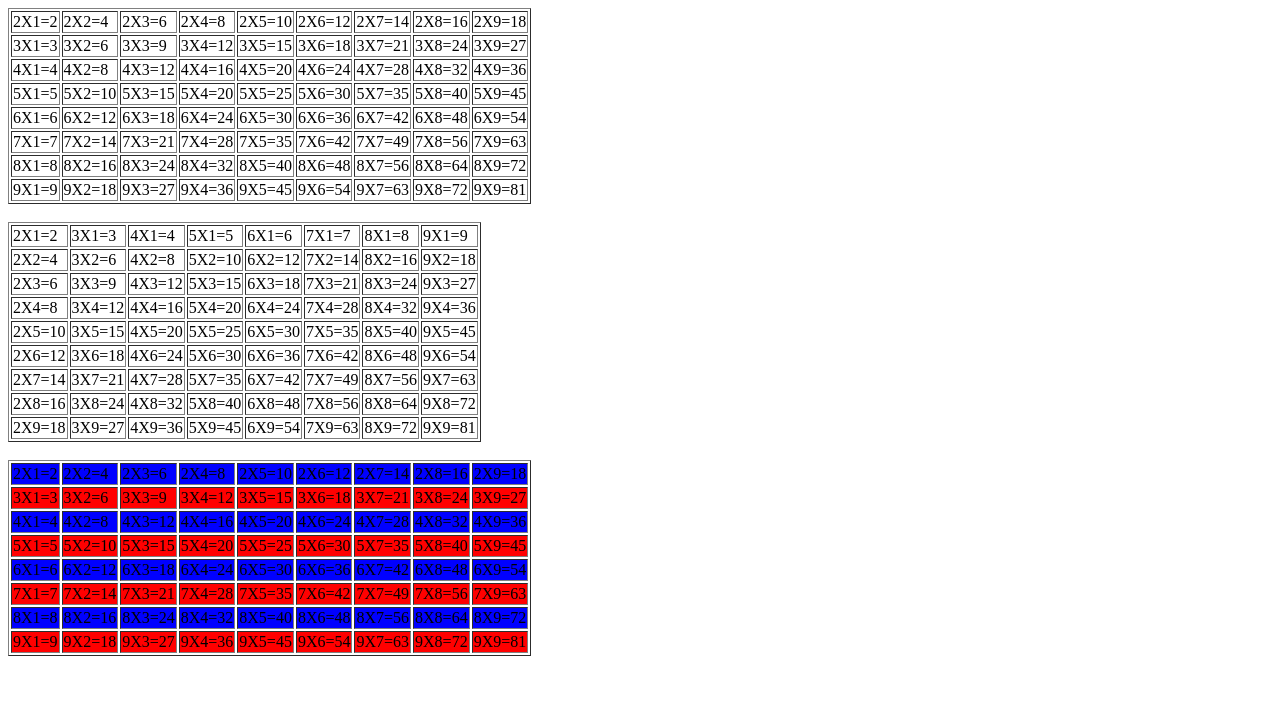
Repository: Kimgigon123123/JspServlet
Page: http://localhost/03.Tag/01.Script/Ex04For.jsp
These files come from the project's save history. The page is drawn as it stood at one moment and after the next save; the edit follows.
The browser window is 1280 px wide. The pictures show the whole page.
The page is served by Tomcat 9.

Above is the page before, as saved 2023-05-19 02:25:38.

After the next save:
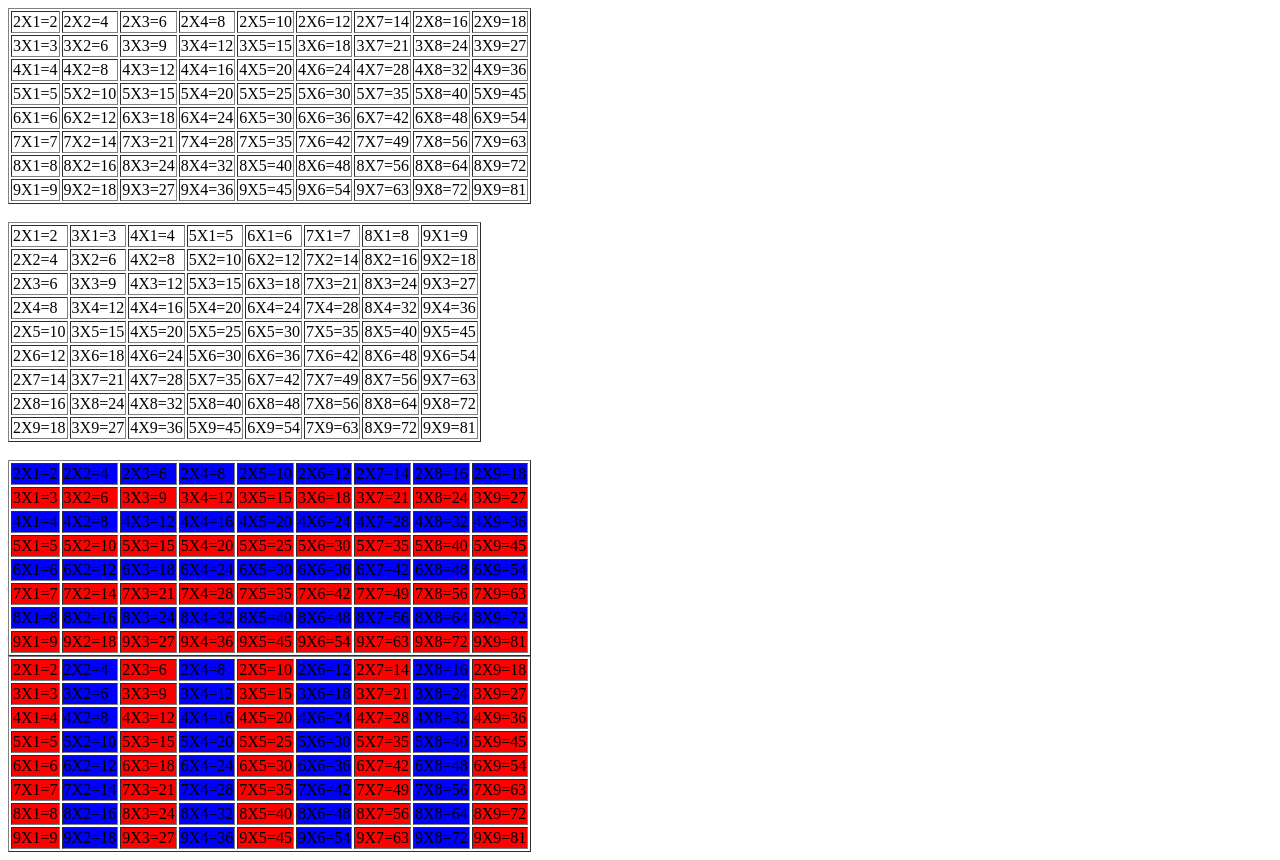
Saved 3 min 38 s later.
--- a/WorkSpace/03.Tag/src/main/webapp/01.Script/Ex04For.jsp
+++ b/WorkSpace/03.Tag/src/main/webapp/01.Script/Ex04For.jsp
@@ -31,7 +31,19 @@
 	<% for(int i=2;i<=9;i++){%><tr>
 		<%for(int j=1;j<=9;j++){%>
 		<%if(i%2==0){%>
-	<td style="background-color:blue"><%=i+"X"+j+"="+i*j %></td>
+		<td style="background-color:blue"><%=i+"X"+j+"="+i*j %></td>
+		<%}
+		else {%>
+		<td style="background-color:red"><%=i+"X"+j+"="+i*j %></td>
+		<%} %>
+	<% } %> </tr>
+	<% }%> </table>
+
+	<table border = "1px solid black">
+	<% for(int i=2;i<=9;i++){%><tr>
+		<%for(int j=1;j<=9;j++){%>
+		<%if(j%2==0){%>
+		<td style="background-color:blue"><%=i+"X"+j+"="+i*j %></td>
 		<%}
 		else {%>
 		<td style="background-color:red"><%=i+"X"+j+"="+i*j %></td>
@@ -42,6 +54,5 @@
 
 
 
-
 </body>
 </html>
